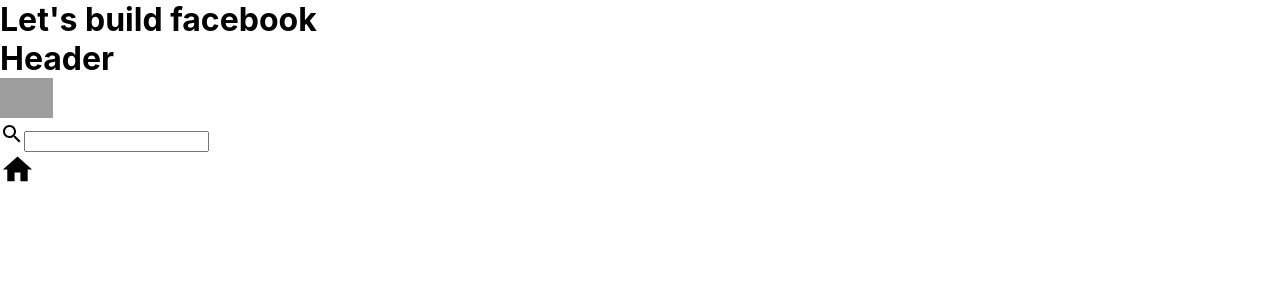
Repository: exiled-kal/FaceBook
Page: /
The author's editor kept a copy of each file at every save. The page is drawn from the files as they stood at one save, then again after the next save.
The browser window is 1280 px wide. The pictures show the whole page.
Pictures or frames that could not be fetched are drawn as grey boxes. The project was rebuilt for these pictures with package versions that can differ from the ones it lists, and the page was loaded fresh each time. Also part of the build but not shown: src/App.css.

Above is the page before, as saved 2020-08-29 21:36:28.

After the next save:
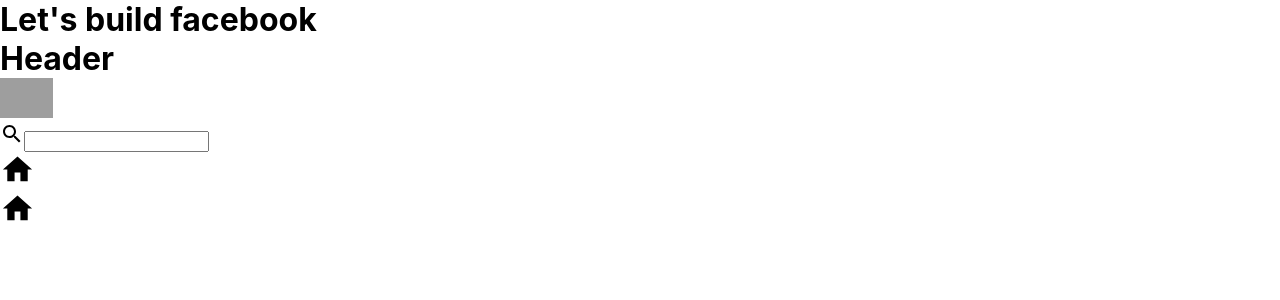
Saved 40 s later.
--- a/src/Header.js
+++ b/src/Header.js
@@ -26,6 +26,9 @@
         <div className="header__option">
           <HomeIcon fontSize="large" />
         </div>
+        <div className="header__option">
+          <HomeIcon fontSize="large" />
+        </div>
       </div>
 
       <div className="header__right"></div>
